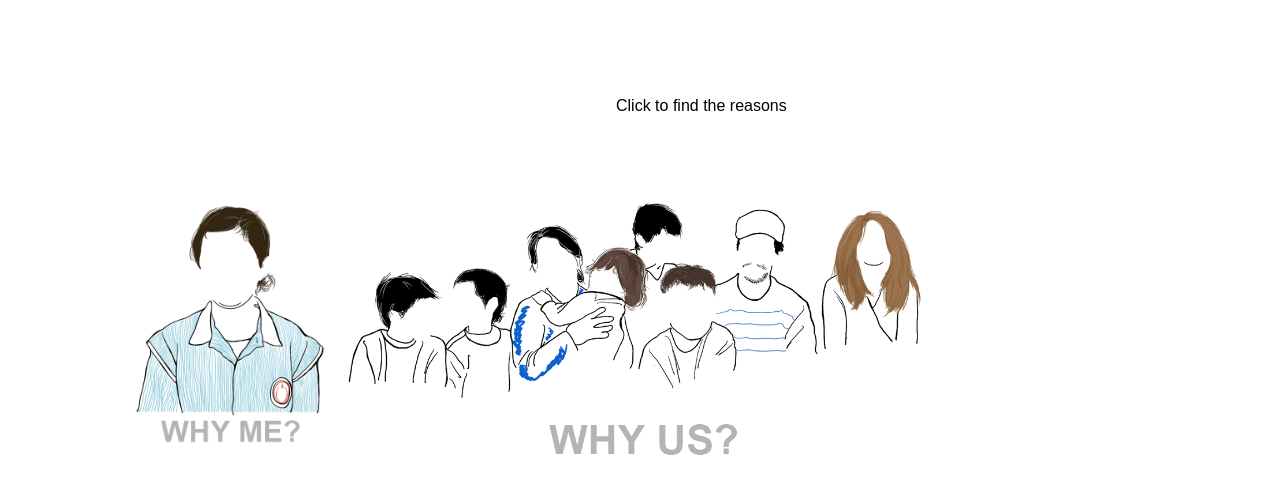
Repository: Lettie123/webpr4
Page: 04.html
These files come from the project's save history. The page is drawn as it stood at one moment and after the next save; the edit follows.
The browser window is 1280 px wide. The pictures show the whole page.
The pointer rests on the first visible `#r02`.

Above is the page before, as saved 2020-11-24 00:15:37.

### 04.html
<html>
    <head>
        <meta charset="UTF-8">
        <meta name="viewport" content="width=device-width,initial-scale=1" />
        <meta name="viewport" content="width=device-width,initial-scale=1.0,maximum-scale=1.0,user-scalable=no">
        <link rel="stylesheet" type="text/css" href="style05.css">

    </head>

    <body>
        <div id="r01">
            <span>
                <img src="pepic/r01.png" style="width:100%" >
            </span>
        </div>

        <div id="r02">
            <span>
                <img src="pepic/r02.png" style="width:100%">
            </span>
        </div>

        <div id="txt">
            <div id="t1" style= "position:absolute; top: 25%; left: 38%;">
            <h1 style="font-size:16px; font-weight: normal; line-height: 24px;">
                Click to find the reasons
            </h1>
            </div>
         </div>

         <!-- <script>
            function cl01(){
                document.getElementById("r01").style.width="110%";
            }
        </script> -->
    </body>

### style05.css
body {
	overflow:scroll;
    overflow-y:hidden;
    overflow-x:hidden;
}

#r01{
    width: 250px;
    height: 250px;
	position: absolute;
	left: 18%;
	top: 45%;
    transform: translate(-50%,-50%);
    color: #B4B4B4;
}
#r01:hover {
    width: 400px;
    height: 400px;
}
#r02{
    width: 500px;
    height: 500px;
	position: absolute;
	left: 50%;
	top: 58%;
    transform: translate(-50%,-50%);
    color: #B4B4B4;
}
#r02:hover {
    width: 600px;
    height: 600px;
}
#txt{
    height:300px;
    width:1600px;
    text-align: center;
	border-radius: 10px;
	position: absolute;
    font-family: Arial;
    color:black;
}

After the next save:
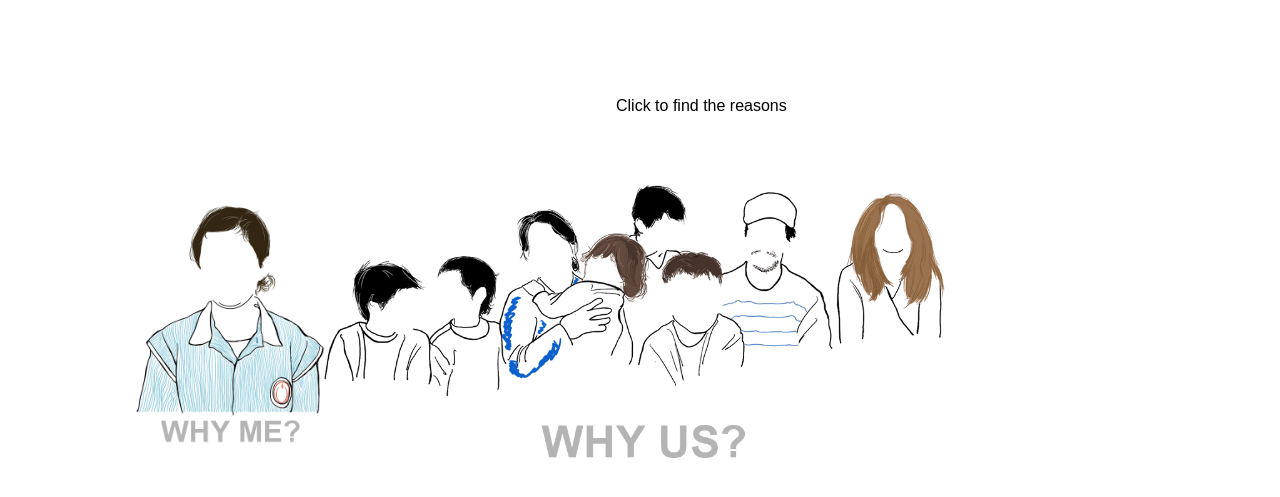
Saved 11 s later.
--- a/style05.css
+++ b/style05.css
@@ -27,8 +27,8 @@ body {
     color: #B4B4B4;
 }
 #r02:hover {
-    width: 600px;
-    height: 600px;
+    width: 650px;
+    height: 650px;
 }
 #txt{
     height:300px;
